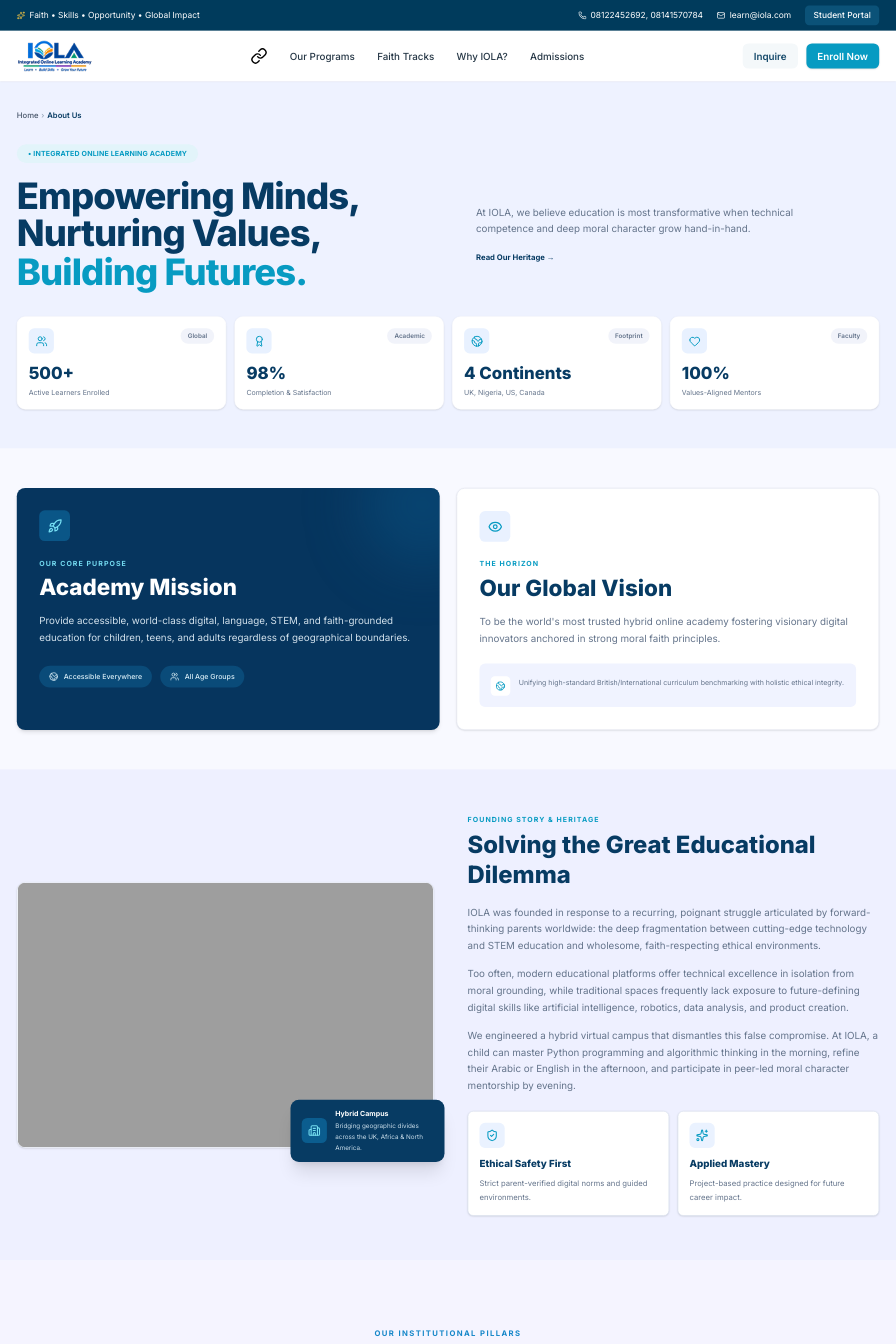
Repository: segunrotini/iola
Page: /about
The author's editor kept a copy of each file at every save. The page is drawn from the files as they stood at one save, then again after the next save.
The browser window is 1280 px wide. The pictures show the part of the page from y = 0 to 1920 px (the page is 4240 px tall), at 70% of full size.
Pictures or frames that could not be fetched are drawn as grey boxes. The project was rebuilt for these pictures with package versions that can differ from the ones it lists, and the page was loaded fresh each time. Also part of the build but not shown: vite.config.ts, src/components/home/Hero-section.tsx, src/components/home/WhyChooseUs.tsx, src/components/home/Programs.tsx, src/components/home/Testimonials.tsx, src/components/home/LearningProcess.tsx, src/components/home/AdmissionSection.tsx, src/components/home/Footer.tsx and 1 more.

Above is the page before, as saved 2026-10-08 16:49:05.

After the next save:
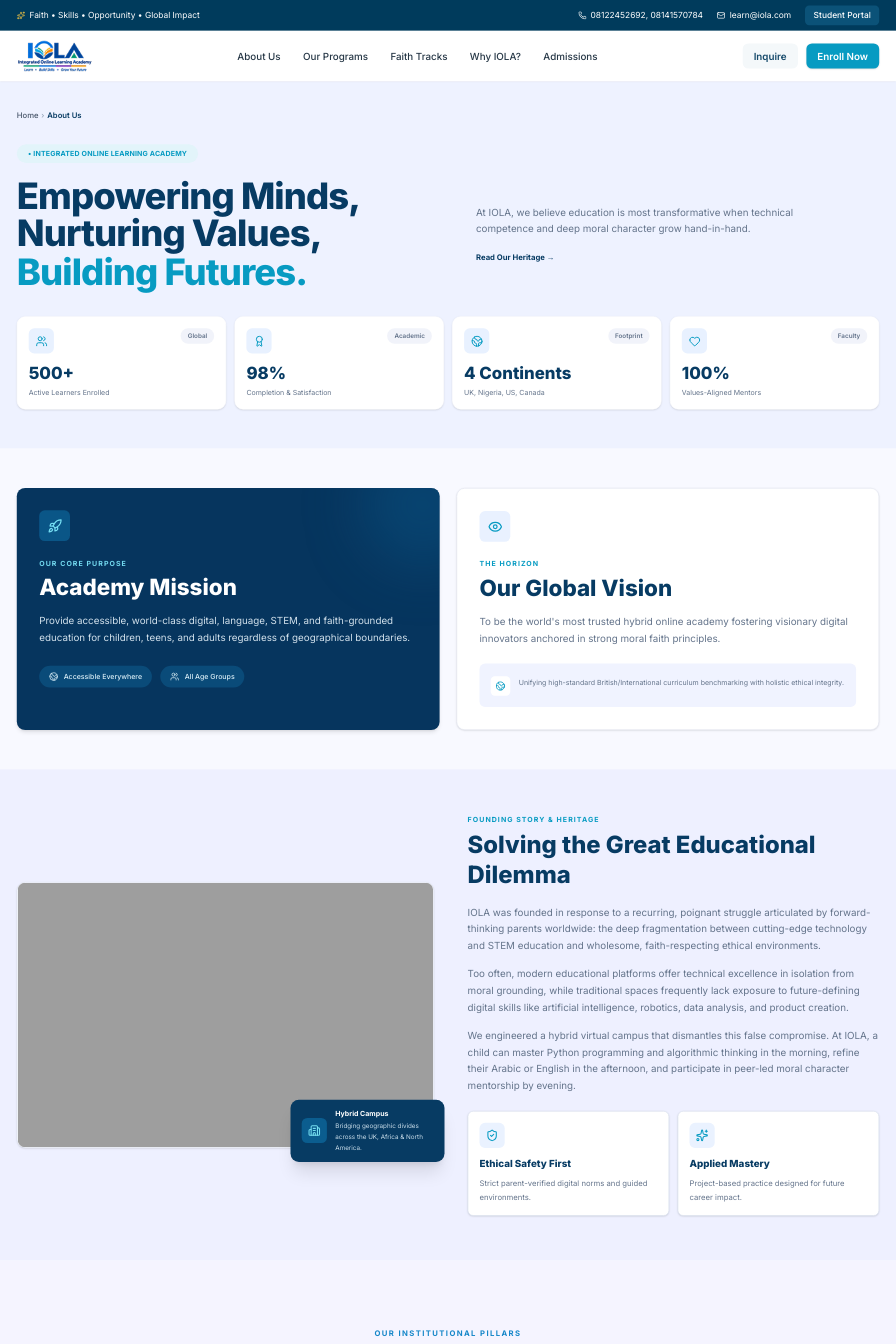
Saved 103 s later.
--- a/src/components/home/Nav.tsx
+++ b/src/components/home/Nav.tsx
@@ -1,4 +1,5 @@
-import { Link, Menu, X } from "lucide-react";
+import { Menu, X } from "lucide-react";
+import { Link } from "react-router-dom";
 import { useState } from "react";
 import logo from "../../assets/logo.png";
 
@@ -18,52 +19,55 @@
         </a>
 
         <div className="hidden items-center gap-8 lg:flex">
-           <Link to="/about" >
+          <Link
+            to="/about"
+            className="text-sm font-medium text-[#263746] transition hover:text-[#008DB2]"
+          >
               About Us
-            </Link>
-          <a
-            href="#programs"
+          </Link>
+          <Link
+            to="/programs"
             className="text-sm font-medium text-[#263746] transition hover:text-[#008DB2]"
           >
             Our Programs
-          </a>
+          </Link>
 
-          <a
-            href="#faith-tracks"
+          <Link
+            to="/faith-tracks"
             className="text-sm font-medium text-[#263746] transition hover:text-[#008DB2]"
           >
             Faith Tracks
-          </a>
+          </Link>
 
-          <a
-            href="#why-iola"
+          <Link
+            to="/why-iola"
             className="text-sm font-medium text-[#263746] transition hover:text-[#008DB2]"
           >
             Why IOLA?
-          </a>
+          </Link>
 
-          <a
-            href="#admissions"
+          <Link
+            to="/admissions"
             className="text-sm font-medium text-[#263746] transition hover:text-[#008DB2]"
           >
             Admissions
-          </a>
+          </Link>
         </div>
 
         <div className="hidden items-center gap-3 lg:flex">
-          <a
-            href="#inquire"
+          <Link
+            to="/inquire"
             className="rounded-lg bg-[#F4F8FA] px-4 py-2 text-sm font-semibold text-[#164A6B] transition hover:bg-[#E8F1F5]"
           >
             Inquire
-          </a>
+          </Link>
 
-          <a
-            href="#enroll"
+          <Link
+            to="/enroll"
             className="rounded-lg bg-[#079BC2] px-4 py-2 text-sm font-semibold text-white shadow-sm transition hover:bg-[#0789AB]"
           >
             Enroll Now
-          </a>
+          </Link>
         </div>
 
         <button
@@ -79,13 +83,13 @@
       {isOpen && (
         <div className="border-t border-gray-100 bg-white px-4 pb-5 pt-3 lg:hidden">
           <div className="flex flex-col gap-1">
-            <a
-              href="#about"
+            <Link
+              to="/about"
               onClick={() => setIsOpen(false)}
               className="rounded-lg px-3 py-3 text-sm font-medium text-[#263746] hover:bg-[#F4F8FA]"
             >
               About Us
-            </a>
+            </Link>
 
             <a
               href="#programs"
